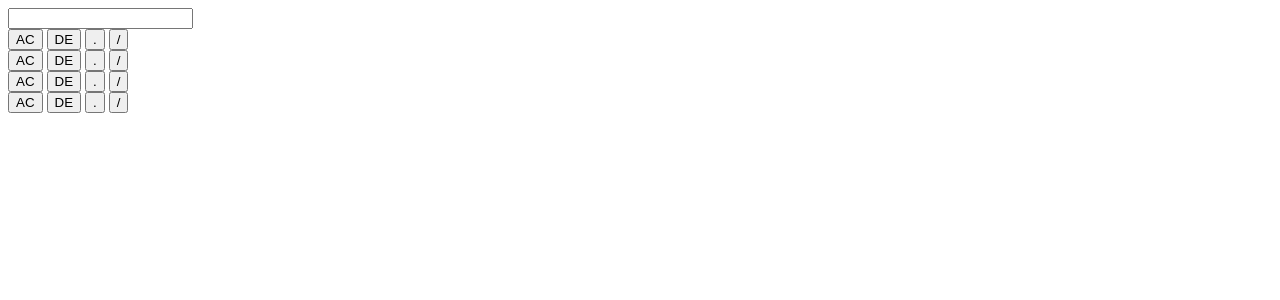
Repository: jerrys-arch/web-calculator
Page: indwx.html
An editor plug-in stored every save of this project. The page is shown before and after the next save, followed by the edit.
The browser window is 1280 px wide. The pictures show the whole page.

Above is the page before, as saved 2024-11-30 04:49:03.

### indwx.html
<!DOCTYPE html>
<html lang="en">
<head>
    <meta charset="UTF-8">
    <meta name="viewport" content="width=device-width, initial-scale=1.0">
    <title>calculator</title>
</head>
<body>
    <div class="container">
        <div class="calculator">
            <div class="display">
                <input id="display" type="text">
            </div>
            <div>
                <input type="button" value="AC">
                <input type="button" value="DE">
                <input type="button" value=".">
                <input type="button" value="/">
            </div>
            <div>
                <input type="button" value="AC">
                <input type="button" value="DE">
                <input type="button" value=".">
                <input type="button" value="/">
            </div>
            <div>
                <input type="button" value="AC">
                <input type="button" value="DE">
                <input type="button" value=".">
                <input type="button" value="/">
            </div>
            <div>
                <input type="button" value="AC">
                <input type="button" value="DE">
                <input type="button" value=".">
                <input type="button" value="/">
            </div>
        </div>
    </div>
</body>
</html>

After the next save:
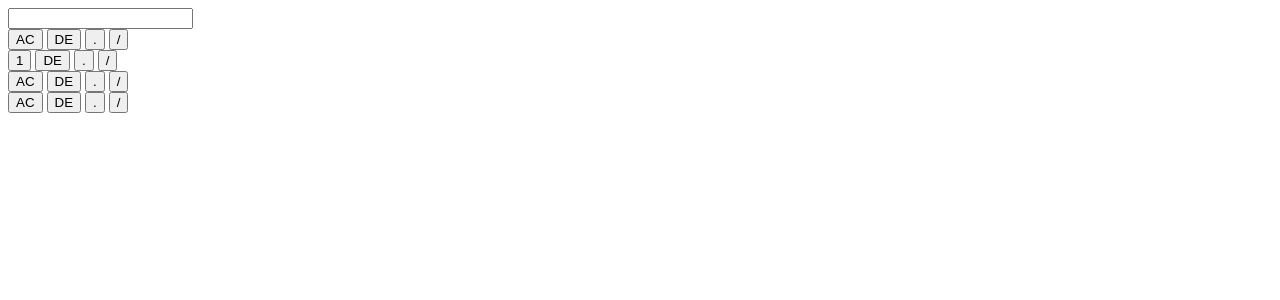
Saved 5 s later.
--- a/indwx.html
+++ b/indwx.html
@@ -18,7 +18,7 @@
                 <input type="button" value="/">
             </div>
             <div>
-                <input type="button" value="AC">
+                <input type="button" value="1">
                 <input type="button" value="DE">
                 <input type="button" value=".">
                 <input type="button" value="/">
